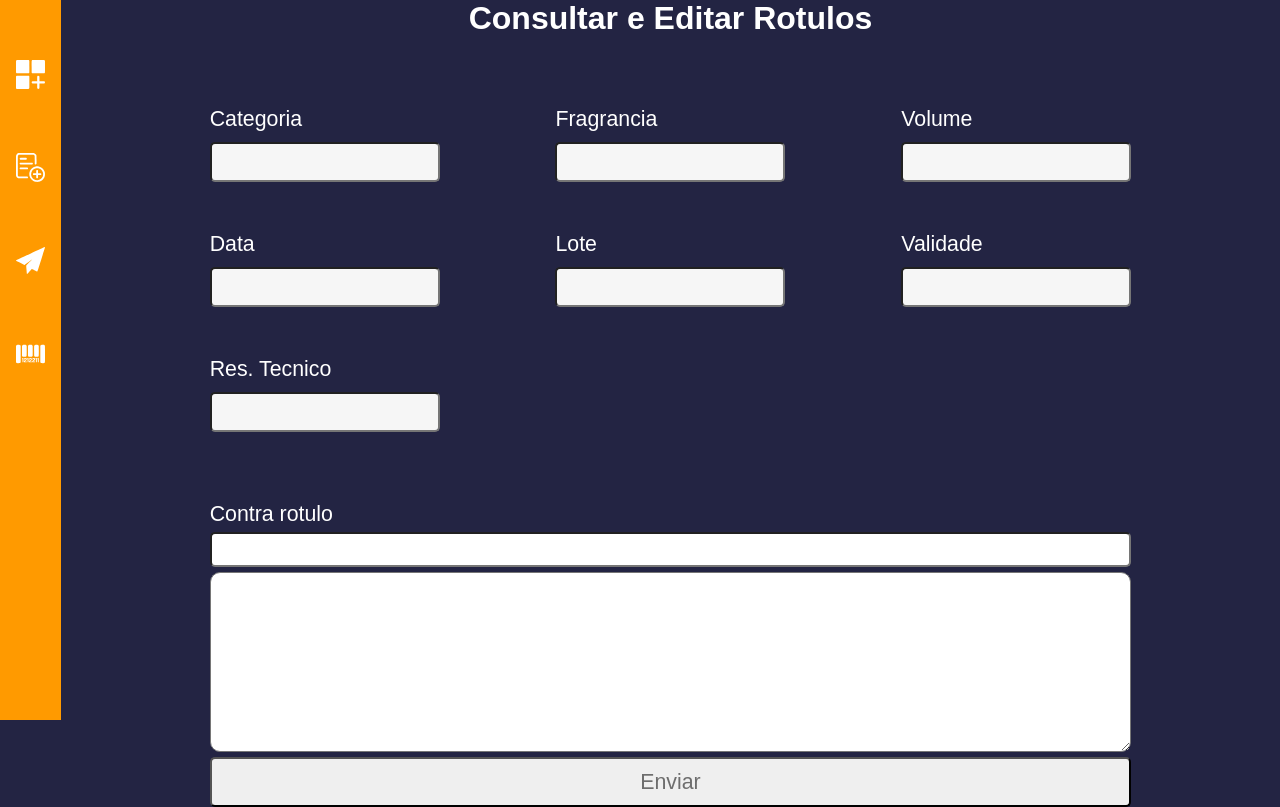
Repository: jeanjanrley/Organizador-de-rotulos
Page: /consultar
An editor plug-in stored every save of this project. The page is shown before and after the next save, followed by the edit.
The browser window is 1280 px wide. The pictures show the whole page.
The project was rebuilt for these pictures with package versions that can differ from the ones it lists, and the page was loaded fresh each time. Also part of the build but not shown: src/pages/home/Home.js.

Above is the page before, as saved 2021-06-26 15:41:55.

### src/index.js
import React from 'react';
import ReactDOM from 'react-dom';
import App from './App';
import reportWebVitals from './reportWebVitals';



ReactDOM.render(
  <React.StrictMode>
    <App />
  </React.StrictMode>,
  document.getElementById('root')
);
reportWebVitals();

### src/App.js
import {BrowserRouter, Route, Switch} from 'react-router-dom'
import './styles/global.scss'

import Home from './pages/home/Home'
import Consultar from './pages/consultar/index'

function App() {
  return (
    <BrowserRouter>
        <Switch>
          <Route path={'/'} exact component={Home}/>
          <Route path={'/consultar'}  component={Consultar}/>
        </Switch>
    </BrowserRouter>
  );
}

export default App;

### src/styles/global.scss
*{
    margin: 0;
    padding: 0;
    box-sizing: border-box;
    font-family: 'Poppins', sans-serif;
}

body{
    background: #232443;

}

.Page{
    display: flex;
}


h1, h2, h3, h4, h5, h6, p, span{
    color: #fff;
}

input{
    color: rgb(92, 92, 92);
}

a{
    text-decoration: none;
    color: #fff;
    font-size: 16pt;
}



main{
    display: flex;
    flex-direction: column;
    width: 100%;
    height: 100%;
    justify-content: center;
    justify-items: center;
    align-content: center;
    align-items: center;

}

### src/pages/consultar/index.js
import React from 'react';
import Aside from '../../components/aside/index'
import Filter from '../../components/filter/index'

import '../home/styles.scss'


export default function Home(){
    return(
        <div className="Page">
            <Aside/>
            <main className="Home">

                <h1>Consultar e Editar Rotulos</h1>
                <div className="filterArea">
                    <Filter title="Categoria"/>
                    <Filter title="Fragrancia"/>
                    <Filter title="Volume"/>
                    <Filter title="Data"/>
                    <Filter title="Lote"/>
                    <Filter title="Validade"/>
                    <Filter title="Res. Tecnico"/>
                </div>

                <div className="contra-rotulo">
                    <span>Contra rotulo</span>

                    <input list="contra-rotulos" className="filter-rotulo"/>

                    <datalist id='contra-rotulos'>
                        <option value='Aromatizante - Cereja e aveia - 250 ml'/>
                    </datalist>

                    <textarea/>
                    <button onClick={() => alert('Enviado com sucesso!')} type="button">Enviar</button>
                </div>


            </main>
        </div>
    )
}

### src/components/aside/index.js
import React from 'react'
import {Link} from 'react-router-dom'
import './styles.scss'
import add from '../../assets/icons/add.svg'
import prancher from '../../assets/icons/prancher.svg'
import direct from '../../assets/icons/direct.svg'
import codigo from '../../assets/icons/codigo.svg'

export default function Aside() {
    return(
        <aside>
            <div className="add">
                    <img src={add} />
                <Link className="Link" to={'/'}>
                    N-R
                </Link>
                <Link className="Link" to={'/Consultar'}>
                    C-E
                </Link>
            </div>
            <div className="prancher">
                    <img src={prancher} />
                <Link className="Link" to={'/Home'}>
                    N-R
                </Link>
                <Link className="Link" to={'/Home'}>
                    C-E
                </Link>
            </div>
            <div className="direct">
                    <img src={direct} />
                <Link className="Link" to={'/Home'}>
                    N-R
                </Link>
                <Link className="Link" to={'/Home'}>
                    C-E
                </Link>
            </div>
            <div className="codigo">
                    <img src={codigo} />
                <Link className="Link" to={'/Home'}>
                    N-R
                </Link>
                <Link className="Link" to={'/Home'}>
                    C-E
                </Link>
            </div>
        </aside>
    )
}

### src/components/filter/index.js
import React from 'react'
import './styles.scss'

export default function(props){
    return(
        <div className="filter">
            <span>{props.title}</span>
            <input list={props.id} name={props.id} id={props.id}/>
            <datalist id={props.id}>
                <option value={props.value}/>
             </datalist>
        </div>
    )
}

### src/pages/home/styles.scss
.Home{
    gap: 70px;

    .filterArea{
        display: flex;
        flex-wrap: wrap;
        flex-direction: row;
        justify-content: space-between;
        gap: 50px;
        width: 72vw;

    }

    .contra-rotulo{
        display: flex;
        flex-direction: column;
        align-items: left;
        justify-content: left;
        gap: 5px;

        .filter-rotulo{
            width: 72vw;
            height: 35px;
            border-radius: 5px;

        }

        span {
            font-size: 16pt;
        }

        > textarea{
            width: 72vw;
            resize: vertical;
            min-height: 25vh;
            border-radius: 10px;

        }

        button{
            height: 50px;
            width: 72vw;
            border-radius: 5px;
            font-size: 16pt;
            color: #6D6D6D;
        }
    }
}

### src/components/aside/styles.scss
aside{
    padding-top: 50px;
    display: flex;
    flex-direction: column;

    align-items: center;
    justify-content: baseline;

    width: 5vw;
    height: 100vh;
    background: #FF9A00;

    > div{
        display: flex;
        flex-direction: column;
        align-items: center;
        width: 100%;
        margin-bottom: 30px;
        padding: 10px 0;
        transition: 0.5s;
        gap: 10px;



        img{
            width: 4vh;
            height: 4vh;
            margin-bottom: 2vh;
        }
        .Link{
            display: none,

        }
    }

    > div:hover{
        display: flex;
        flex-direction: column;
        align-items: center;
        width: 100%;
        margin-bottom: 40px;
        background: #CC7B00;
        padding: 10px 0;


        img{
            width: 4vh;
            height: 4vh;
            margin-bottom: 2vh;
        }
        .Link{
            display: flex;
        }
    }
}

### src/components/filter/styles.scss
.filter{
    display: flex;
    flex-direction: column;
    justify-items: left;
    gap: 10px;

    > span{
        font-size: 16pt;

    }

    > input {
        width: 230px;
        height: 40px;
        border-radius: 5px;
        background: #F6F6F6;
    }
}

Loaded but not shown: src/reportWebVitals.js (common file)

After the next save:
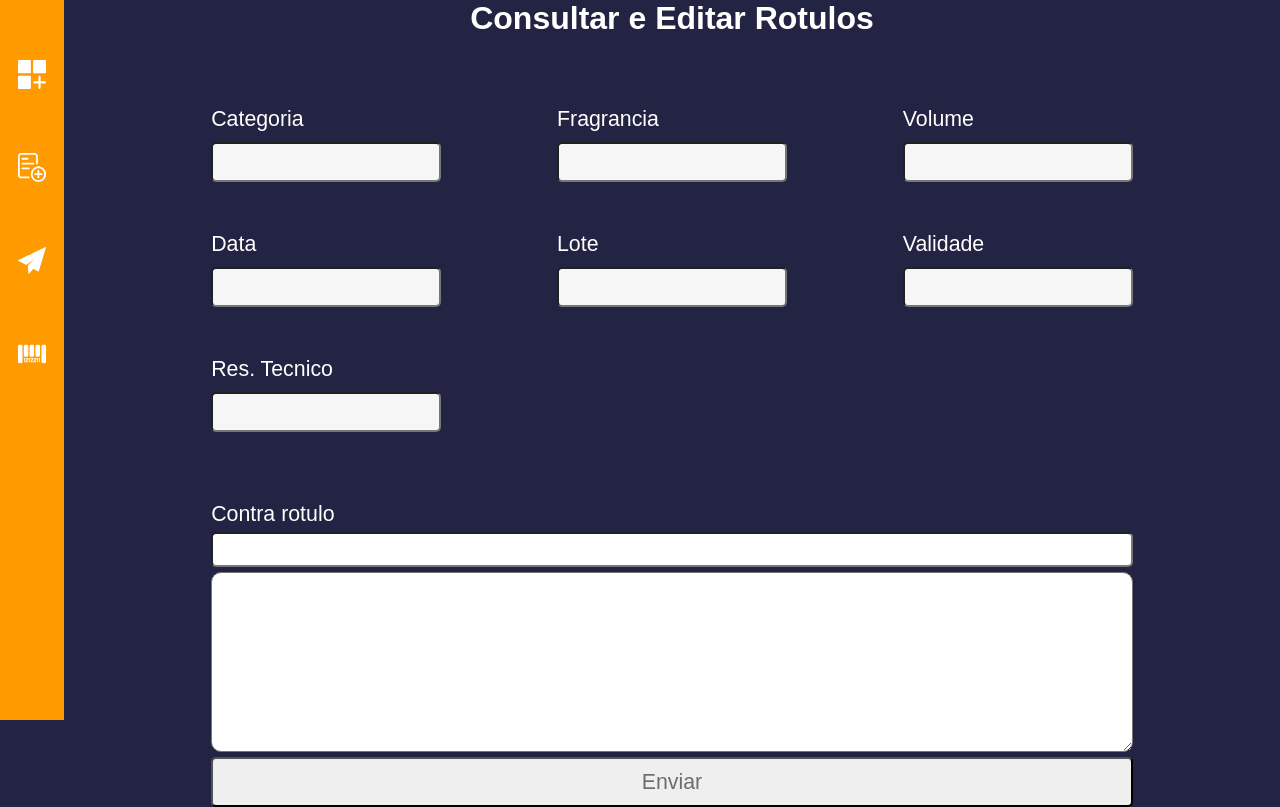
Saved 86 s later.
--- a/src/styles/global.scss
+++ b/src/styles/global.scss
@@ -34,7 +34,7 @@ a{
 main{
     display: flex;
     flex-direction: column;
-    width: 100%;
+    width: 95vw;
     height: 100%;
     justify-content: center;
     justify-items: center;
